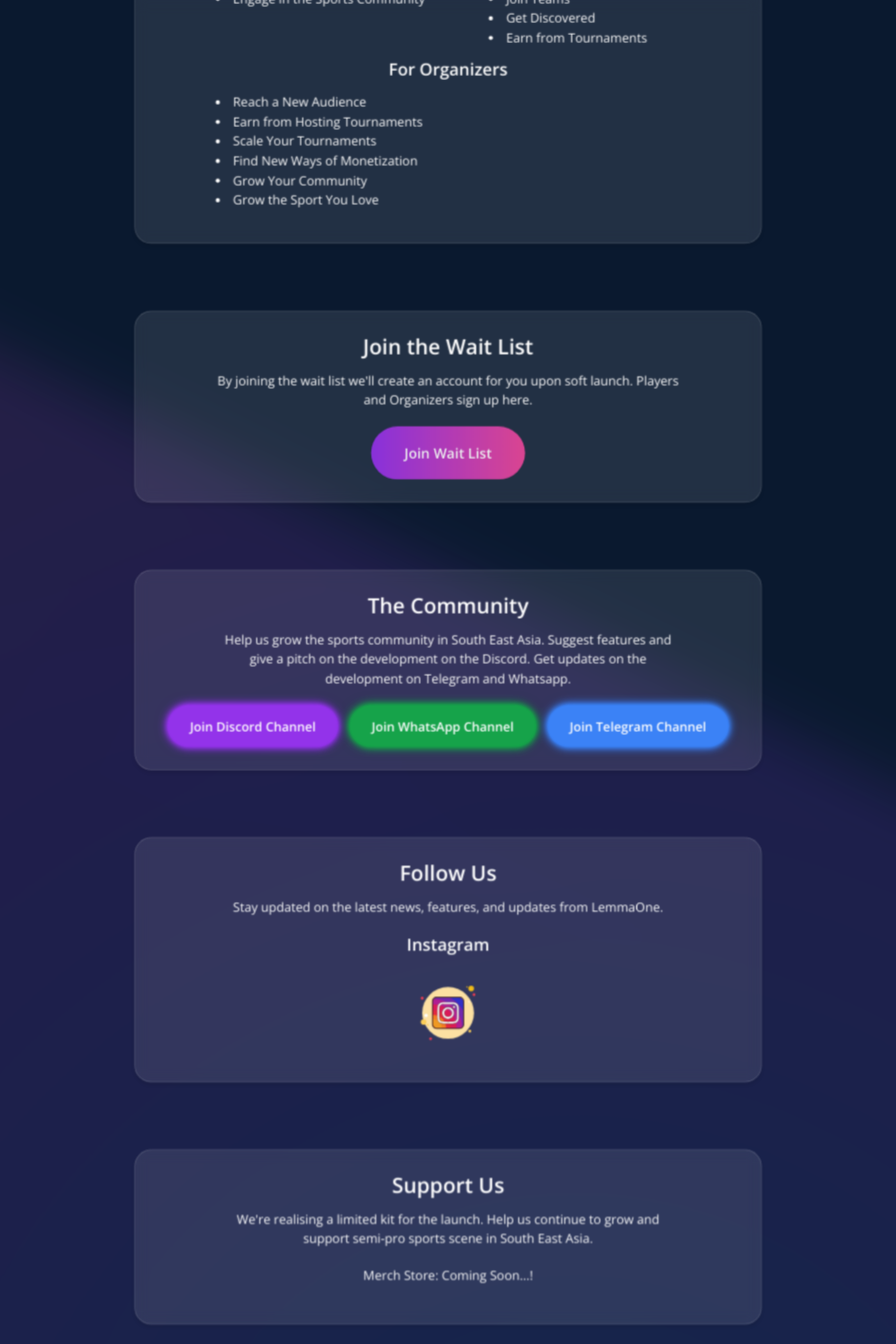
Repository: yao-creative/lemma-one-launch
Page: /
These files come from the project's save history. The page is drawn as it stood at one moment and after a run of saves; the edit follows.
The browser window is 1280 px wide. The pictures show the part of the page from y = 770 to 2690 px (the page is 4090 px tall before and 4146 px after), at 70% of full size.
The project was rebuilt for these pictures with package versions that can differ from the ones it lists, and the page was loaded fresh each time. The framework's server and built-in components were replaced by stand-ins that run in the browser. Also part of the build but not shown: next.config.js, next.config.mjs, app/lib/firebase.ts, app/components/form/functions/Submission.tsx, app/lib/auth.ts, app/components/form/ui/CustomCheckbox.tsx, app/components/form/inputs/UserTypeSelection.tsx, app/components/form/inputs/BasicInfo.tsx and 6 more.

Above is the page before, as saved 2024-10-01 22:32:27.

After the next 34 saves:
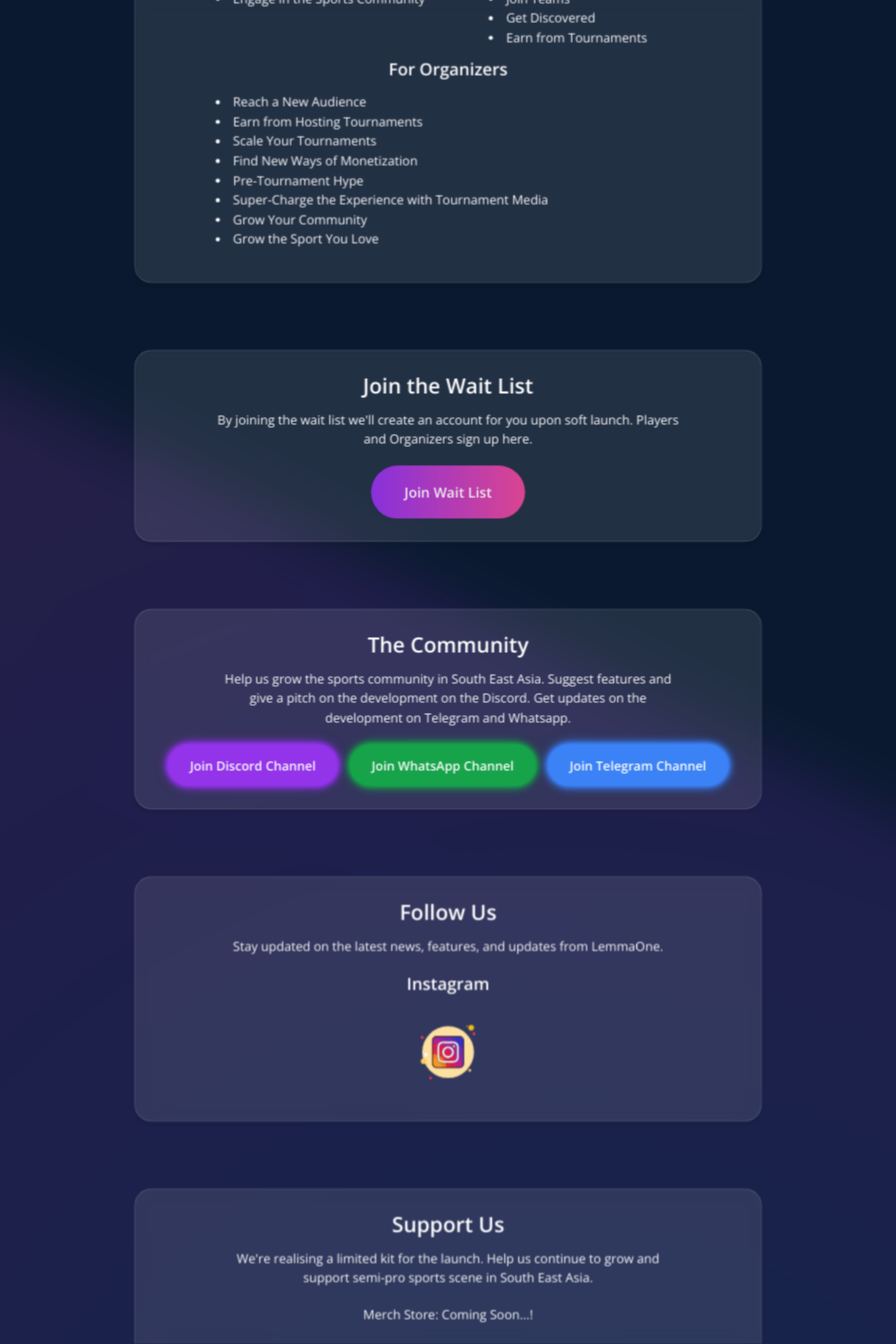
The 34 saves are shown as one change because they came seconds apart.
The last was saved 10 h 31 min later.
--- a/app/page.tsx
+++ b/app/page.tsx
@@ -107,6 +107,8 @@ export default function Home() {
                 <li>Earn from Hosting Tournaments</li>
                 <li>Scale Your Tournaments</li>
                 <li>Find New Ways of Monetization</li>
+                <li>Pre-Tournament Hype</li>
+                <li>Super-Charge the Experience with Tournament Media</li>
                 <li>Grow Your Community</li>
                 <li>Grow the Sport You Love</li>
               </ul>
